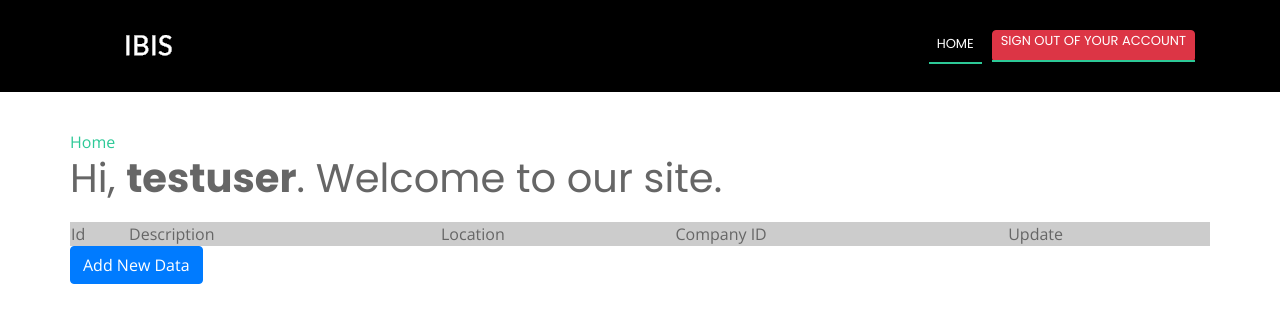
Repository: bhavrishi/Php_Internship_System
Page: http://localhost/ibis/admin/persons/index.php
The author's editor kept a record of every edit. The page is drawn from the files as they stood at one moment, then again after the next edit.
The browser window is 1280 px wide. The pictures show the whole page.
The page is run by PHP 8.4 with error messages shown; the project is at /var/www/html/. The session is filled in as if someone had signed in: {"username": "testuser"}. Other server files are loaded and not shown. Queries for data that is not in the repository find no rows.

Above is the page before.

### workspace/ibis/admin/persons/index.php


<?php
//including the database connection file
include_once("config.php");

// Initialize the session
session_start();

// If session variable is not set it will redirect to login page
if(!isset($_SESSION['username']) || empty($_SESSION['username'])){
 header("location: ../login.php");
 exit;
}

//fetching data in descending order (lastest entry first)
//$result = mysql_query("SELECT * FROM users ORDER BY id DESC"); // mysql_query is deprecated
$result = mysqli_query($mysqli, "SELECT * FROM persons ORDER BY person_id DESC"); // using mysqli_query instead
?>

<html>
<head>
	<title>View Internships</title>
	<meta charset="utf-8">
  <title>View Persons</title>
  <meta content="width=device-width, initial-scale=1.0" name="viewport">
  <meta content="" name="keywords">
  <meta content="" name="description">

  <!-- Favicons -->
  <link href="../../img/favicon.png" rel="icon">
  <link href="../..img/apple-touch-icon.png" rel="apple-touch-icon">

  <!-- Google Fonts -->
  <link href="https://fonts.googleapis.com/css?family=Open+Sans:300,300i,400,400i,700,700i|Poppins:300,400,500,700" rel="stylesheet">

  <!-- Bootstrap CSS File -->
  <link href="../../lib/bootstrap/css/bootstrap.min.css" rel="stylesheet">

  <!-- Libraries CSS Files -->
  <link href="../../lib/font-awesome/css/font-awesome.min.css" rel="stylesheet">
  <link href="../../lib/animate/animate.min.css" rel="stylesheet">

  <!-- Main Stylesheet File -->
  <link href="../style.css" rel="stylesheet">
</head>

<body>
  <!--==========================
  Header
  ============================-->
  <header id="header">
    <div class="container">

      <div id="logo" class="pull-left">
        <a href="#"><img src="../../img/logo.png" alt="" title="" /></img></a>
        <!-- Uncomment below if you prefer to use a text logo -->
        <!--<h1><a href="#hero">Regna</a></h1>-->
      </div>
      <nav id="nav-menu-container">
        <ul class="nav-menu">
          <li class="menu-active"><a href="../">Home</a></li>
          <li class="menu-active"><a href="../logout.php" class="btn btn-danger">Sign Out of Your Account</a></li>
        </ul>
      </nav><!-- #nav-menu-container -->
    </div>
  </header><!-- #header -->

  <main id="main">

    <section id="about">
      <div class="container">
      	<div class="row">

	<a href="../main.php">Home</a>
      	</div>
        <div class="row about-container">

<h1>Hi, <b><?php echo $_SESSION['username']; ?></b>. Welcome to our site.</h1>
<br/><br/>

	<table width='100%' border=0>

	<tr bgcolor='#CCCCCC'>
		<td>Id</td>
		<td>Description</td>
		<td>Location</td>
		<td>Company ID</td>
		<td>Update</td>
	</tr>
	<?php
	//while($res = mysql_fetch_array($result)) { // mysql_fetch_array is deprecated, we need to use mysqli_fetch_array
	while($res = mysqli_fetch_array($result)) {
		echo "<tr>";
		echo "<td>".$res['internship_id']."</td>";
		echo "<td>".$res['description']."</td>";
		echo "<td>".$res['location']."</td>";
		echo "<td>".$res['company_id']."</td>";
		echo "<td><a href=\"edit.php?internship_id=$res[internship_id]\">Edit</a> | <a href=\"delete.php?internship_id=$res[internship_id]\" onClick=\"return confirm('Are you sure you want to delete?')\">Delete</a></td>";
	}
	?>
	</table>
	<p><a href="add_int.php" class="btn btn-primary">Add New Data</a></p>

</main>
</section>
</div>
</div>
</body>
</html>

### workspace/ibis/admin/persons/config.php
<?php
/*
// mysql_connect("database-host", "username", "password")
$conn = mysql_connect("localhost","root","root")
			or die("cannot connected");

// mysql_select_db("database-name", "connection-link-identifier")
@mysql_select_db("test",$conn);
*/

/**
 * mysql_connect is deprecated
 * using mysqli_connect instead
 */

$databaseHost = 'localhost';
$databaseName = 'Ibis';
$databaseUsername = 'sambuahin';
$databasePassword = '';

$mysqli = mysqli_connect($databaseHost, $databaseUsername, $databasePassword, $databaseName);

?>

### workspace/ibis/admin/style.css
.wrapper{
  width: 300px;
  margin: auto;
}
/*--------------------------------------------------------------
# General
--------------------------------------------------------------*/
form {
    margin-top: 2em;
}
.don{
  margin-top: 30px!important;
  width:100%;
  margin-bottom: 10px;
}
body {
  background: #fff;
  color: #666666;
  font-family: "Open Sans", sans-serif;
}
.con{
  width: 50%;
  margin: auto;
}
.mai{
  height: 100vh;
}
a {
  color: #2dc997;
}

a:hover, a:active, a:focus {
  color: #2dca98;
  outline: none;
  text-decoration: none;
}

p {
  padding: 0;
  margin: 0 0 30px 0;
}

h1, h2, h3, h4, h5, h6 {
  font-family: "Poppins", sans-serif;
  font-weight: 400;
  margin: 0 0 20px 0;
  padding: 0;
}

/* Prelaoder */
#preloader {
  position: fixed;
  left: 0;
  top: 0;
  z-index: 999;
  width: 100%;
  height: 100%;
  overflow: visible;
  background: #fff url("../img/preloader.svg") no-repeat center center;
}

/* Back to top button */
.back-to-top {
  position: fixed;
  display: none;
  background: rgba(0, 0, 0, 0.2);
  color: #fff;
  padding: 6px 12px 9px 12px;
  font-size: 16px;
  border-radius: 2px;
  right: 15px;
  bottom: 15px;
  transition: background 0.5s;
}

@media (max-width: 768px) {
  .back-to-top {
    bottom: 15px;
  }
}

.back-to-top:focus {
  background: rgba(0, 0, 0, 0.2);
  color: #fff;
  outline: none;
}

.back-to-top:hover {
  background: #2dc997;
  color: #fff;
}

/*--------------------------------------------------------------
# Header
--------------------------------------------------------------*/
#header {
  padding: 30px 0;
  height: 92px;
  position: fixed;
  left: 0;
  top: 0;
  right: 0;
  transition: all 0.5s;
  z-index: 997;

      background-color: #000000;
}

#header #logo {
  float: left;
}

#header #logo h1 {
  font-size: 36px;
  margin: 0;
  padding: 6px 0;
  line-height: 1;
  font-family: "Poppins", sans-serif;
  font-weight: 700;
  letter-spacing: 3px;
  text-transform: uppercase;
}

#header #logo h1 a, #header #logo h1 a:hover {
  color: #fff;
}

#header #logo img {
  padding: 0;
  margin: 0;
}

@media (max-width: 768px) {
  #header #logo h1 {
    font-size: 26px;
  }
  #header #logo img {
    max-height: 40px;
  }
}

#header.header-fixed {
  background: rgba(52, 59, 64, 0.9);
  padding: 20px 0;
  height: 72px;
  transition: all 0.5s;
}

/*--------------------------------------------------------------
# Hero Section
--------------------------------------------------------------*/
#hero {
  display: table;
  width: 100%;
  height: 100vh;
  background: url(../img/hero-bg.jpg) top center fixed;
  background-size: cover;
}

#hero .hero-container {
  background: rgba(0, 0, 0, 0.6);
  display: table-cell;
  margin: 0;
  padding: 0 10px;
  text-align: center;
  vertical-align: middle;
}

#hero h1 {
  margin: 30px 0 10px 0;
  font-size: 48px;
  font-weight: 700;
  line-height: 56px;
  text-transform: uppercase;
  color: #fff;
}

@media (max-width: 768px) {
  #hero h1 {
    font-size: 28px;
    line-height: 36px;
  }
}

#hero h2 {
  color: #eee;
  margin-bottom: 50px;
  font-size: 24px;
}

@media (max-width: 768px) {
  #hero h2 {
    font-size: 18px;
    line-height: 24px;
    margin-bottom: 30px;
  }
}

#hero .btn-get-started {
  font-family: "Poppins", sans-serif;
  text-transform: uppercase;
  font-weight: 500;
  font-size: 16px;
  letter-spacing: 1px;
  display: inline-block;
  padding: 8px 28px;
  border-radius: 50px;
  transition: 0.5s;
  margin: 10px;
  border: 2px solid #fff;
  color: #fff;
}

#hero .btn-get-started:hover {
  background: #2dc997;
  border: 2px solid #2dc997;
}

/*--------------------------------------------------------------
# Navigation Menu
--------------------------------------------------------------*/
/* Nav Menu Essentials */
.nav-menu, .nav-menu * {
  margin: 0;
  padding: 0;
  list-style: none;
}

.nav-menu ul {
  position: absolute;
  display: none;
  top: 100%;
  left: 0;
  z-index: 99;
}

.nav-menu li {
  position: relative;
  white-space: nowrap;
}

.nav-menu > li {
  float: left;
}

.nav-menu li:hover > ul,
.nav-menu li.sfHover > ul {
  display: block;
}

.nav-menu ul ul {
  top: 0;
  left: 100%;
}

.nav-menu ul li {
  min-width: 180px;
}

/* Nav Menu Arrows */
.sf-arrows .sf-with-ul {
  padding-right: 30px;
}

.sf-arrows .sf-with-ul:after {
  content: "\f107";
  position: absolute;
  right: 15px;
  font-family: FontAwesome;
  font-style: normal;
  font-weight: normal;
}

.sf-arrows ul .sf-with-ul:after {
  content: "\f105";
}

/* Nav Meu Container */
#nav-menu-container {
  float: right;
  margin: 0;
}

@media (max-width: 768px) {
  #nav-menu-container {
    display: none;
  }
}

/* Nav Meu Styling */
.nav-menu a {
  padding: 0 8px 10px 8px;
  text-decoration: none;
  display: inline-block;
  color: #fff;
  font-family: "Poppins", sans-serif;
  font-weight: 400;
  text-transform: uppercase;
  font-size: 13px;
  outline: none;
}

.nav-menu > li {
  margin-left: 10px;
}

.nav-menu > li > a:before {
  content: "";
  position: absolute;
  width: 100%;
  height: 2px;
  bottom: 0;
  left: 0;
  background-color: #2dc997;
  visibility: hidden;
  -webkit-transform: scaleX(0);
  transform: scaleX(0);
  -webkit-transition: all 0.3s ease-in-out 0s;
  transition: all 0.3s ease-in-out 0s;
}

.nav-menu a:hover:before, .nav-menu li:hover > a:before, .nav-menu .menu-active > a:before {
  visibility: visible;
  -webkit-transform: scaleX(1);
  transform: scaleX(1);
}

.nav-menu ul {
  margin: 4px 0 0 0;
  border: 1px solid #e7e7e7;
}

.nav-menu ul li {
  background: #fff;
}

.nav-menu ul li:first-child {
  border-top: 0;
}

.nav-menu ul li a {
  padding: 10px;
  color: #333;
  transition: 0.3s;
  display: block;
  font-size: 13px;
  text-transform: none;
}

.nav-menu ul li a:hover {
  background: #2dc997;
  color: #fff;
}

.nav-menu ul ul {
  margin: 0;
}

/* Mobile Nav Toggle */
#mobile-nav-toggle {
  position: fixed;
  right: 0;
  top: 0;
  z-index: 999;
  margin: 20px 20px 0 0;
  border: 0;
  background: none;
  font-size: 24px;
  display: none;
  transition: all 0.4s;
  outline: none;
  cursor: pointer;
}

#mobile-nav-toggle i {
  color: #fff;
}

@media (max-width: 768px) {
  #mobile-nav-toggle {
    display: inline;
  }
}

/* Mobile Nav Styling */
#mobile-nav {
  position: fixed;
  top: 0;
  padding-top: 18px;
  bottom: 0;
  z-index: 998;
  background: rgba(52, 59, 64, 0.9);
  left: -260px;
  width: 260px;
  overflow-y: auto;
  transition: 0.4s;
}

#mobile-nav ul {
  padding: 0;
  margin: 0;
  list-style: none;
}

#mobile-nav ul li {
  position: relative;
}

#mobile-nav ul li a {
  color: #fff;
  font-size: 16px;
  overflow: hidden;
  padding: 10px 22px 10px 15px;
  position: relative;
  text-decoration: none;
  width: 100%;
  display: block;
  outline: none;
}

#mobile-nav ul li a:hover {
  color: #fff;
}

#mobile-nav ul li li {
  padding-left: 30px;
}

#mobile-nav ul .menu-has-children i {
  position: absolute;
  right: 0;
  z-index: 99;
  padding: 15px;
  cursor: pointer;
  color: #fff;
}

#mobile-nav ul .menu-has-children i.fa-chevron-up {
  color: #2dc997;
}

#mobile-nav ul .menu-item-active {
  color: #2dc997;
}

#mobile-body-overly {
  width: 100%;
  height: 100%;
  z-index: 997;
  top: 0;
  left: 0;
  position: fixed;
  background: rgba(52, 59, 64, 0.9);
  display: none;
}

/* Mobile Nav body classes */
body.mobile-nav-active {
  overflow: hidden;
}

body.mobile-nav-active #mobile-nav {
  left: 0;
}

body.mobile-nav-active #mobile-nav-toggle {
  color: #fff;
}

/*--------------------------------------------------------------
# Sections
--------------------------------------------------------------*/
/* Sections Header
--------------------------------*/
.section-header .section-title {
  font-size: 32px;
  color: #111;
  text-transform: uppercase;
  text-align: center;
  font-weight: 700;
  margin-bottom: 5px;
}

.section-header .section-description {
  text-align: center;
  padding-bottom: 40px;
  color: #999;
}

/* About Us Section
--------------------------------*/
#about {
  background: #fff;
  padding: 130px 0;
}

#about .about-container .background {
  min-height: 300px;
  background: url(../img/about-img.jpg) center top no-repeat;
  margin-bottom: 10px;
}

#about .about-container .content {
  background: #fff;
}

#about .about-container .title {
  color: #333;
  font-weight: 700;
  font-size: 32px;
}

@media (max-width: 768px) {
  #about .about-container .title {
    padding-top: 15px;
  }
}

#about .about-container p {
  line-height: 26px;
}

#about .about-container p:last-child {
  margin-bottom: 0;
}

#about .about-container .icon-box {
  background: #fff;
  background-size: cover;
  padding: 0 0 30px 0;
}

#about .about-container .icon-box .icon {
  float: left;
  background: #fff;
  padding: 16px;
  border-radius: 50%;
  border: 2px solid #2dc997;
}

#about .about-container .icon-box .icon i {
  color: #2dc997;
  font-size: 24px;
}

#about .about-container .icon-box .title {
  margin-left: 80px;
  font-weight: 500;
  margin-bottom: 5px;
  font-size: 18px;
  text-transform: uppercase;
}

#about .about-container .icon-box .title a {
  color: #111;
}

#about .about-container .icon-box .description {
  margin-left: 80px;
  line-height: 24px;
  font-size: 14px;
}

/* Facts Section
--------------------------------*/
#facts {
  background: #f7f7f7;
  padding: 80px 0 60px 0;
}

#facts .counters span {
  font-size: 48px;
  display: block;
  color: #2dc997;
}

#facts .counters p {
  padding: 0;
  margin: 0 0 20px 0;
  font-family: "Poppins", sans-serif;
  font-size: 14px;
}

/* Services Section
--------------------------------*/
#services {
  background: #fff;
  background-size: cover;
  padding: 100px 0 60px 0;
  min-height: 90vh;

}

#services .box {
  padding: 50px 20px;
  margin-bottom: 50px;
  text-align: center;
  border: 1px solid #e6e6e6;
  height: 200px;
  position: relative;
  background: #fafafa;
}

#services .icon {
  position: absolute;
  top: -36px;
  left: calc(50% - 36px);
  transition: 0.2s;
  border-radius: 50%;
  display: inline-block;
  border: 6px solid #fff;
}

#services .icon a {
  display: inline-block;
  background: #2dc997;
  border: 2px solid #2dc997;
  padding: 16px;
  border-radius: 50%;
  transition: 0.3s;
}

#services .icon i {
  color: #fff;
  font-size: 24px;
}

#services .box:hover .icon i {
  color: #2dc997;
}

#services .box:hover .icon a {
  color: #2dc997;
  background: #fff;
}

#services .title {
  font-weight: 700;
  font-size: 18px;
  margin-bottom: 15px;
  text-transform: uppercase;
}

#services .title a {
  color: #111;
}

#services .description {
  font-size: 14px;
  line-height: 24px;
}

/* Call To Action Section
--------------------------------*/
#call-to-action {
  background: linear-gradient(rgba(0, 0, 0, 0.6), rgba(0, 0, 0, 0.6)), url(../img/call-to-action-bg.jpg) fixed center center;
  background-size: cover;
  padding: 80px 0;
}

#call-to-action .cta-title {
  color: #fff;
  font-size: 28px;
  font-weight: 700;
}

#call-to-action .cta-text {
  color: #fff;
}

@media (min-width: 769px) {
  #call-to-action .cta-btn-container {
    display: flex;
    align-items: center;
    justify-content: flex-end;
  }
}

#call-to-action .cta-btn {
  font-family: "Poppins", sans-serif;
  text-transform: uppercase;
  font-weight: 500;
  font-size: 16px;
  letter-spacing: 1px;
  display: inline-block;
  padding: 8px 30px;
  border-radius: 50px;
  transition: 0.5s;
  margin: 10px;
  border: 2px solid #fff;
  color: #fff;
}

#call-to-action .cta-btn:hover {
  background: #2dc997;
  border: 2px solid #2dc997;
}

/* Portfolio Section
--------------------------------*/
#portfolio {
  background: #f7f7f7;
  padding: 80px 0;
}

#portfolio #portfolio-wrapper {
  padding-right: 15px;
}

#portfolio #portfolio-flters {
  padding: 0;
  margin: 0 0 45px 0;
  list-style: none;
  text-align: center;
}

#portfolio #portfolio-flters li {
  cursor: pointer;
  margin: 0 10px;
  display: inline-block;
  padding: 10px 22px;
  font-size: 12px;
  line-height: 20px;
  color: #666666;
  border-radius: 4px;
  text-transform: uppercase;
  background: #fff;
  margin-bottom: 5px;
  transition: all 0.3s ease-in-out;
}

#portfolio #portfolio-flters li:hover, #portfolio #portfolio-flters li.filter-active {
  background: #2dc997;
  color: #fff;
}

#portfolio .portfolio-item {
  position: relative;
  height: 200px;
  overflow: hidden !important;
  margin-bottom: 15px;
  transition: all 350ms ease;
  transform: scale(1);
}

#portfolio .portfolio-item a {
  display: block;
  margin-right: 15px;
}

#portfolio .portfolio-item img {
  position: relative;
  top: 0;
  transition: all 600ms cubic-bezier(0.645, 0.045, 0.355, 1);
}

#portfolio .portfolio-item .details {
  height: 50px;
  background: #2dc997;
  position: absolute;
  width: 100%;
  height: 50px;
  bottom: -50px;
  transition: all 300ms cubic-bezier(0.645, 0.045, 0.355, 1);
}

#portfolio .portfolio-item .details h4 {
  font-size: 14px;
  font-weight: 700;
  color: #fff;
  padding: 8px 0 2px 8px;
  margin: 0;
}

#portfolio .portfolio-item .details span {
  display: block;
  color: #fff;
  font-size: 13px;
  padding-left: 8px;
}

#portfolio .portfolio-item:hover .details {
  bottom: 0;
}

#portfolio .portfolio-item:hover img {
  top: -30px;
}

/* Team Section
--------------------------------*/
#team {
  background: #fff;
  padding: 80px 0 60px 0;
}

#team .member {
  text-align: center;
  margin-bottom: 20px;
}

#team .member .pic {
  margin-bottom: 15px;
  overflow: hidden;
  height: 260px;
}

#team .member .pic img {
  max-width: 100%;
}

#team .member h4 {
  font-weight: 700;
  margin-bottom: 2px;
  font-size: 18px;
}

#team .member span {
  font-style: italic;
  display: block;
  font-size: 13px;
}

#team .member .social {
  margin-top: 15px;
}

#team .member .social a {
  color: #b3b3b3;
}

#team .member .social a:hover {
  color: #2dc997;
}

#team .member .social i {
  font-size: 18px;
  margin: 0 2px;
}

/* Contact Section
--------------------------------*/
#contact {
  background: #f7f7f7;
  padding: 120px 0 40px 0;
}

#contact #google-map {
  height: 300px;
  margin-bottom: 70px;
}

#contact .info {
  color: #333333;
}

#contact .info i {
  font-size: 32px;
  color: #2dc997;
  float: left;
}

#contact .info p {
  padding: 0 0 10px 50px;
  margin-bottom: 20px;
  line-height: 22px;
  font-size: 14px;
}

#contact .info .email p {
  padding-top: 5px;
}

#contact .social-links {
  padding-bottom: 20px;
}

#contact .social-links a {
  font-size: 18px;
  display: inline-block;
  background: #333;
  color: #fff;
  line-height: 1;
  padding: 8px 0;
  border-radius: 50%;
  text-align: center;
  width: 36px;
  height: 36px;
  transition: 0.3s;
}

#contact .social-links a:hover {
  background: #2dc997;
  color: #fff;
}

#contact .form #sendmessage {
  color: #2dc997;
  border: 1px solid #2dc997;
  display: none;
  text-align: center;
  padding: 15px;
  font-weight: 600;
  margin-bottom: 15px;
}

#contact .form #errormessage {
  color: red;
  display: none;
  border: 1px solid red;
  text-align: center;
  padding: 15px;
  font-weight: 600;
  margin-bottom: 15px;
}

#contact .form #sendmessage.show, #contact .form #errormessage.show, #contact .form .show {
  display: block;
}

#contact .form .validation {
  color: red;
  display: none;
  margin: 0 0 20px;
  font-weight: 400;
  font-size: 13px;
}

#contact .form input, #contact .form textarea {
  border-radius: 0;
  box-shadow: none;
  font-size: 14px;
}

#contact .form button[type="submit"] {
  background: #2dc997;
  border: 0;
  padding: 10px 24px;
  color: #fff;
  transition: 0.4s;
}

#contact .form button[type="submit"]:hover {
  background: #51d8ad;
}

/*--------------------------------------------------------------
# Footer
--------------------------------------------------------------*/
#footer {
  background: #343b40;
  padding: 30px 0;
  color: #fff;
  font-size: 14px;
}

#footer .copyright {
  text-align: center;
}

#footer .credits {
  padding-top: 10px;
  text-align: center;
  font-size: 13px;
  color: #ccc;
}

Loaded but not shown: workspace/ibis/lib/bootstrap/css/bootstrap.min.css (library); workspace/ibis/lib/font-awesome/css/font-awesome.min.css (library); workspace/ibis/lib/animate/animate.min.css (library)

After the next edit:
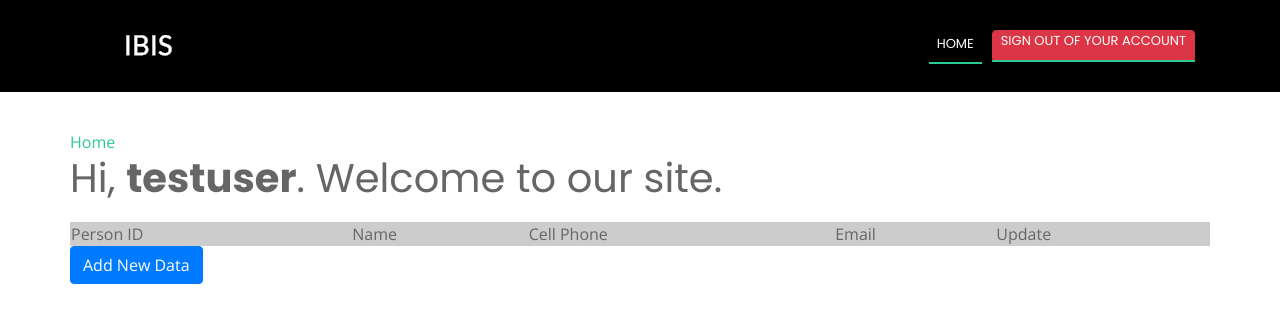
The edit:
--- a/workspace/ibis/admin/persons/index.php
+++ b/workspace/ibis/admin/persons/index.php
@@ -82,10 +82,10 @@
 	<table width='100%' border=0>
 
 	<tr bgcolor='#CCCCCC'>
-		<td>Id</td>
-		<td>Description</td>
-		<td>Location</td>
-		<td>Company ID</td>
+		<td>Person ID</td>
+		<td>Name</td>
+		<td>Cell Phone</td>
+		<td>Email</td>
 		<td>Update</td>
 	</tr>
 	<?php
